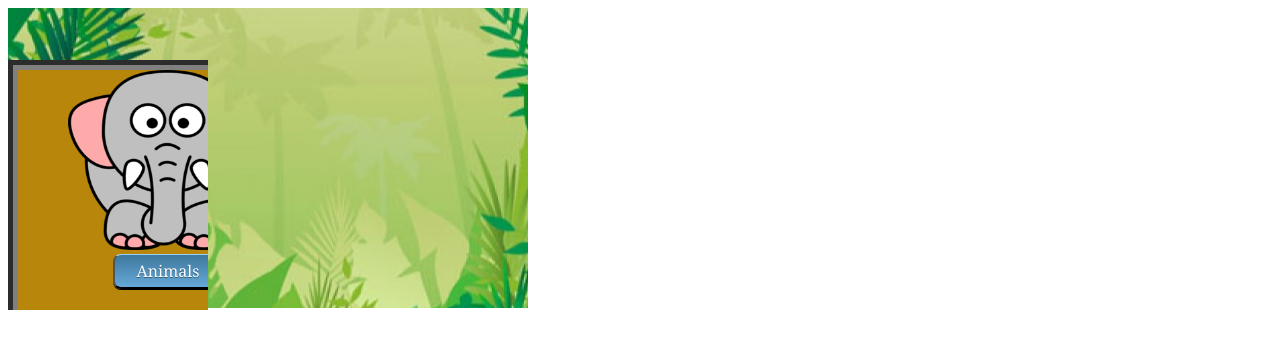
Repository: RathipriyaChandrasekaran/dotlite
Page: ConnectDots/menupage.html
The author's editor kept a copy of each file at every save. The page is drawn from the files as they stood at one save, then again after the next save.
The browser window is 1280 px wide. The pictures show the whole page.

Above is the page before, as saved 2014-12-14 19:38:55.

After the next save:
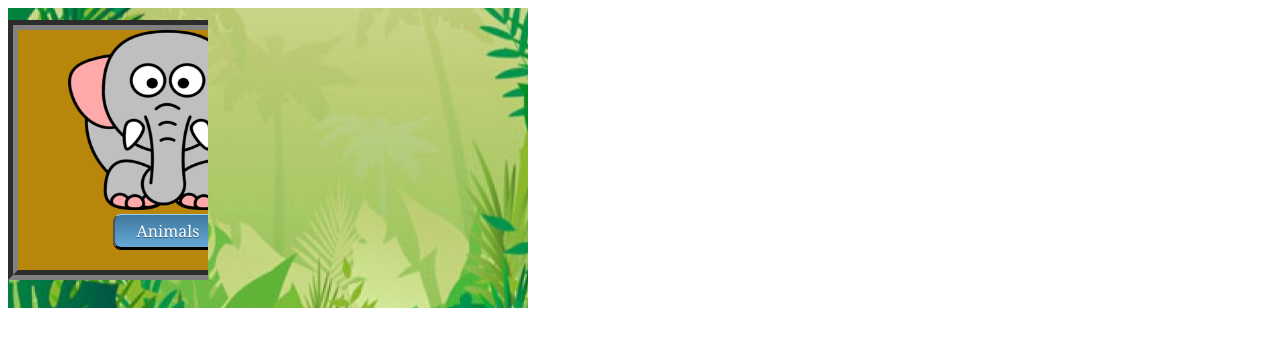
Saved 63 s later.
--- a/ConnectDots/css/menupage.css
+++ b/ConnectDots/css/menupage.css
@@ -1,6 +1,6 @@
 .scope{
      position: absolute;
-     top: 50px;
+     top: 20px;
      width:200px;
      overflow-x:scroll;
      overflow-y:hidden;
@@ -20,7 +20,6 @@
 .filmstrip>div {
   width:300px !important;
   display:inline-block;
-  top: 10px;
   text-align:center;
 }
 
